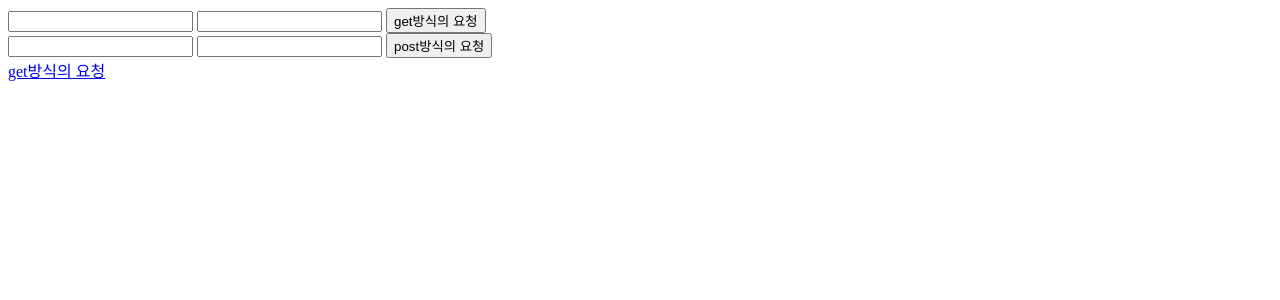
Repository: beom324/jsp-servlet
Page: http://localhost/day1222/
The author's editor kept a copy of each file at every save. The page is drawn from the files as they stood at one save, then again after the next save.
The browser window is 1280 px wide. The pictures show the whole page.
The page is served by Tomcat 9. Other server files are loaded and not shown.

Above is the page before, as saved 2023-12-22 07:08:33.

### day1222/src/main/webapp/index.jsp
<%@ page language="java" contentType="text/html; charset=UTF-8"
    pageEncoding="UTF-8"%>
<!DOCTYPE html>
<html>
<head>
<meta charset="UTF-8">
<title>Insert title here</title>
</head>
<body>
	<form action="hello?title=?&year=?" method="get">
	<input type="text" name ="title">
	<input type="text" name ="year">

	<input type="submit" value="get방식의 요청">

	</form>

	<form action="hello" method="post">
	<input type="text" name ="title">
	<input type="text" name ="year">
	<input type="submit" value="post방식의 요청">

	</form>

	<a href="hello">get방식의 요청</a>
</body>
</html>

After the next save:
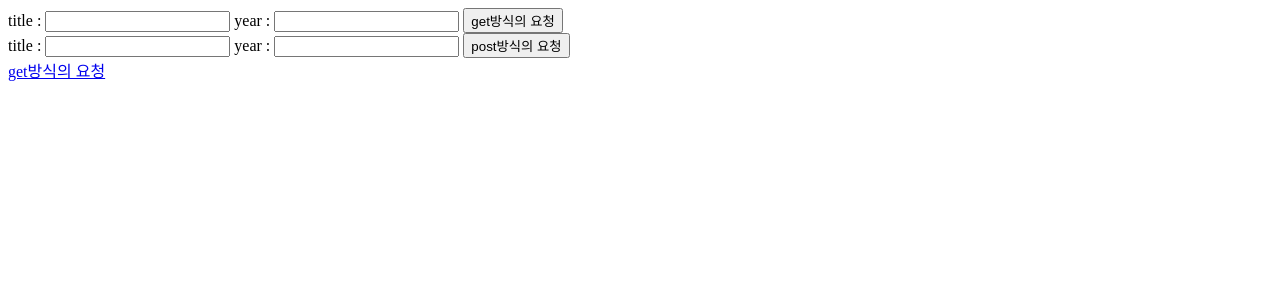
Saved 20 s later.
--- a/day1222/src/main/webapp/index.jsp
+++ b/day1222/src/main/webapp/index.jsp
@@ -7,21 +7,18 @@
 <title>Insert title here</title>
 </head>
 <body>
-	<form action="hello?title=?&year=?" method="get">
-	<input type="text" name ="title">
-	<input type="text" name ="year">
+<form action="hello" method="get">
+   title : <input type="text" name="title">
+   year  : <input type="text" name="year">
+   <input type="submit" value="get방식의 요청">
+</form>
+<form action="hello" method="post">
+   title : <input type="text" name="title">
+   year  : <input type="text" name="year">
+   <input type="submit" value="post방식의 요청">
+</form>
 
-	<input type="submit" value="get방식의 요청">
-
-	</form>
-
-	<form action="hello" method="post">
-	<input type="text" name ="title">
-	<input type="text" name ="year">
-	<input type="submit" value="post방식의 요청">
-
-	</form>
-
-	<a href="hello">get방식의 요청</a>
+<!-- 아래같은 방법을 쿼리스트림 -->
+<a href="hello?title=hello&year=2023">get방식의 요청</a>
 </body>
 </html>
